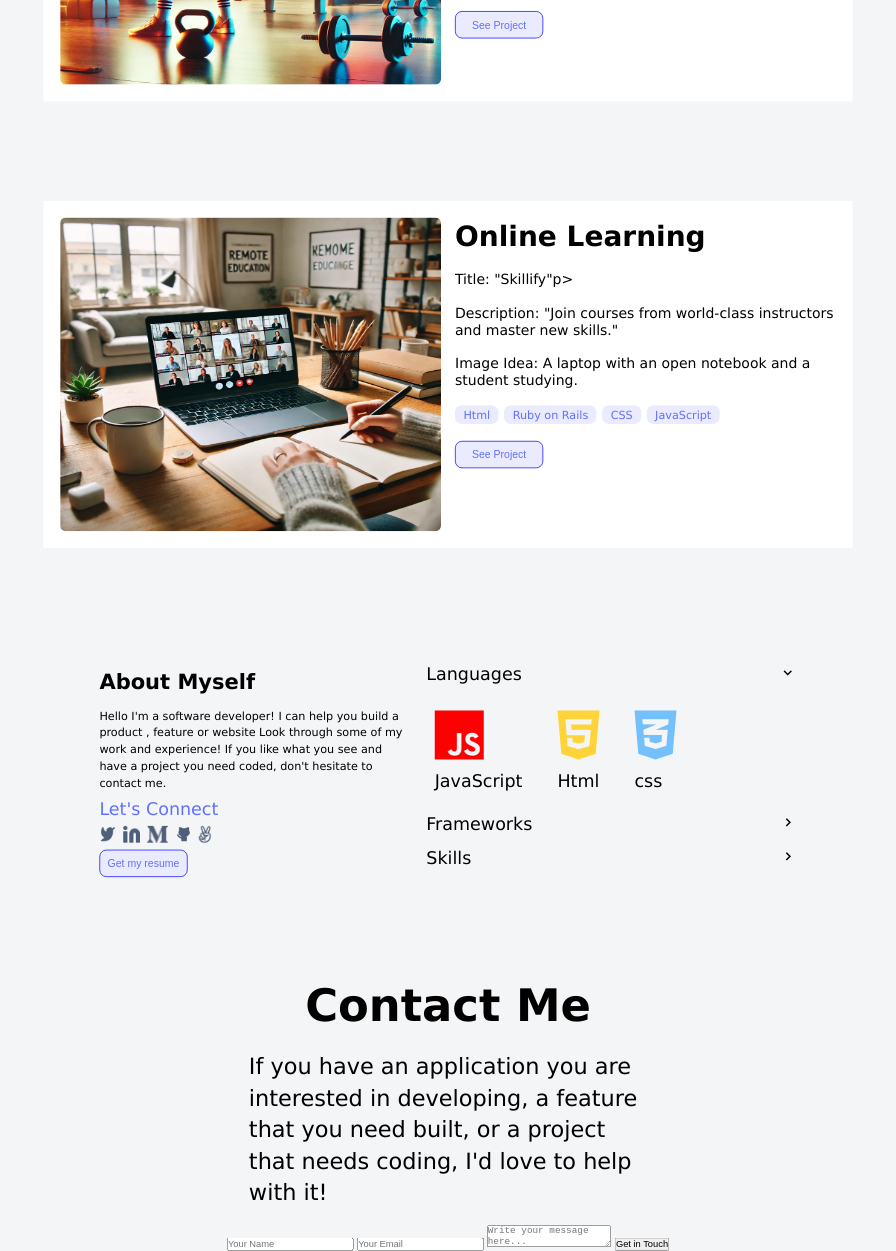
Repository: usman3123/portfolio-template-3
Page: portfolio.html
An editor plug-in stored every save of this project. The page is shown before and after the next save, followed by the edit.
The browser window is 1280 px wide. The pictures show the part of the page from y = 2497 to 4417 px (the page is 4284 px tall before and 4417 px after), at 70% of full size.
Some web libraries are served in a nearby version.

Above is the page before, as saved 2025-01-27 11:17:39.
Not found: index.js

### portfolio.html
<!DOCTYPE html>
<html lang="en">
<head>
  <meta charset="UTF-8">
  <meta name="viewport" content="width=device-width, initial-scale=1.0">
  <title>project 2</title>
  <link rel="stylesheet" href="style.css">
  <link href='https://unpkg.com/boxicons@2.1.4/css/boxicons.min.css' rel='stylesheet'>
  <link rel="stylesheet" href="https://cdnjs.cloudflare.com/ajax/libs/font-awesome/6.6.0/css/all.min.css" integrity="sha512-Kc323vGBEqzTmouAECnVceyQqyqdsSiqLQISBL29aUW4U/M7pSPA/gEUZQqv1cwx4OnYxTxve5UMg5GT6L4JJg==" crossorigin="anonymous" referrerpolicy="no-referrer" />
  <link rel="stylesheet" href="https://cdnjs.cloudflare.com/ajax/libs/font-awesome/6.6.0/css/all.min.css" integrity="sha512-Kc323vGBEqzTmouAECnVceyQqyqdsSiqLQISBL29aUW4U/M7pSPA/gEUZQqv1cwx4OnYxTxve5UMg5GT6L4JJg==" crossorigin="anonymous" referrerpolicy="no-referrer" />

  <link rel="stylesheet" href="https://cdnjs.cloudflare.com/ajax/libs/font-awesome/6.7.2/css/all.min.css">
  <link rel="preconnect" href="https://fonts.googleapis.com">
<link rel="preconnect" href="https://fonts.gstatic.com" crossorigin>
<link href="https://fonts.googleapis.com/css2?family=Poppins:ital,wght@0,100;0,200;0,300;0,400;0,500;0,600;0,700;0,800;0,900;1,100;1,200;1,300;1,400;1,500;1,600;1,700;1,800;1,900&display=swap" rel="stylesheet">
</head>

<body>
<section class="webpage">
  <!-- Navbar -->

 <div class="hero-page">
  <div class="header-div">
    <nav class="nav-bar flex">
        <h4 class="nav-heading">My Logo</h4>
        <div class="nav-links flex">
            <a href="#myportfolio" class="link">Portfolo</a>
            <a href="myabout" class="link">About</a>
            <a href="mycontact" class="link" >Contact</a>
        </div>
        <i class="fa-solid fa-light fa-bars fa-xl " id="nav-icon"></i>
    </nav>
</div>

  <!-- Main Content -->
  <section id="myportfolio" class="hero-section flex">
    <div class="hero-content flex">
        <h1 class="hero-head"> I'm USMAN!
          Glad to see you.
      </h1>
      <p class="hero-p">
         I'm a software developer! I can help you build a product , feature or website Look through  some of my work and experience! If you like what you see and have a project you need coded, don’t hesitate to contact me.
      </p>
     <p class="let-connect"> LET'S CONNECT</p>

      <div class="icons flex">
          <img src="/assets/twitter.png" class="media-icon">
          <img src="assets/Linkedin.png" class="media-icon">
          <img src="assets/M.png" class="media-icon">
          <img src="assets/Github.png" class="media-icon">
          <img src="assets/V.png" class="media-icon">
      </div>
    </div>
  </section>

 </div>
  <!-- Cards Section -->

  <section class="cards flex">
    <div class="card flex">
      <img class="card-img" src="/assets/card-1img.webp" alt="CARD_!_IMG">
      <div class="card-content flex">
        <h2 class="card-head">Technology Blog</h2>
        <p class="content-p">Title: "Innovating the Future"</p>
        <p class="content-sp">Description: "Explore groundbreaking advancements in AI and robotics shaping tomorrow."</p>
        <p class="content-p">Image Idea: A futuristic image showing AI robots collaborating with humans.</p>
        <div class="languages flex">
          <p class="lang">Html</p>
          <p class="lang">CSS</p>
          <p class="lang">JavaScript</p>
        </div>
        <button class="content-btn">See Project</button>
      </div>
    </div>
    <div class="card flex">
      <img class="card-img" src="/assets/card-2img.webp" alt="CARD_!_IMG">
      <div class="card-content flex">
        <h2 id="photo-head">Photography Portfolio</h2>
        <p class="content-p">Title: "Lens Stories"<p>
        <p class="content-sp">Description: "A collection of awe-inspiring moments captured around the globe."</p>
        <p class="content-p">Image Idea: A scenic view of mountains or a person with a camera.
        </p>
        <div class="languages flex">
          <p class="lang">Html</p>
          <p class="lang">Ruby on Rails</p>
          <p class="lang">CSS</p>
          <p class="lang">JavaScript</p>
        </div>
        <button class="content-btn">See Project</button>
      </div>
    </div>
    <div class="card flex">
      <img class="card-img" src="/assets/card-3img.webp" alt="CARD_!_IMG">
      <div class="card-content flex">
        <h2 class="card-head">Fitness App</h2>
        <p class="content-p">Title: "MoveSmart"<p>
        <p class="content-sp">Description: "Your companion for tracking workouts and achieving fitness goals."</p>
        <p class="content-p">Image Idea: A person jogging with fitness metrics displayed.</p>
        <div class="languages flex">
          <p class="lang">Html</p>
          <p class="lang">Ruby on Rails</p>
          <p class="lang">CSS</p>
          <p class="lang">JavaScript</p>
        </div>
        <button class="content-btn">See Project</button>
      </div>
    </div>
    <div class="card flex">
      <img class="card-img" src="/assets/card-4img.webp" alt="CARD_!_IMG">
      <div class="card-content flex">
        <h2 class="card-head">Online Learning</h2>
        <p class="content-p">Title: "Skillify"p>
        <p class="content-sp">Description: "Join courses from world-class instructors and master new skills."</p>
        <p class="content-p">Image Idea: A laptop with an open notebook and a student studying.</p>
        <div class="languages flex">
          <p class="lang">Html</p>
          <p class="lang">Ruby on Rails</p>
          <p class="lang">CSS</p>
          <p class="lang">JavaScript</p>
        </div>
        <button class="content-btn">See Project</button>
      </div>
    </div>
  </section>


   <!-- ABOUT MYSELF -->

   <section id="myabout" class="about flex">

    <div class="about-intro flex">
      <h1 class="about-head">About Myself</h1>
      <p class="about-paragraph">Hello I'm a software developer! I can help you build a product , feature or website Look through some of my work and experience! If you like what you see and have a project you need coded, don't hesitate to contact me.</p>
        <p class="connect">Let's Connect</p>
        <div class="icons flex icon-gap">
          <img src="assets/twitter.png" class="twitter">
          <img src="assets/Linkedin.png" class="inimage">
          <img src="assets/M.png" class="mimage">
          <img src="assets/Github.png" class="tomimage">
          <img src="assets/V.png" class="protocol">
      </div>
      <button class="content-btn rsm-btn"> Get my resume</button>
    </div>

    <div class="about-skills flex">
      <div class="about-all flex">
        <p>Languages</p>
        <i class='bx bx-chevron-down'></i>
      </div>
      <div class="about-lang flex">
        <div class="about-lang-img flex">
          <i class="fa-brands fa-js sty-i" style="color: #ff0000;"></i>
          <p>JavaScript</p>
        </div>
        <div class="about-lang-img flex">
          <i class="fa-brands fa-html5 sty-i" style="color: #FFD43B;"></i>
          <p>Html</p>

        </div>
        <div class="about-lang-img flex">
          <i class="fa-brands fa-css3-alt sty-i" style="color: #74C0FC;"></i>
          <p>css</p>
        </div>
      </div>
      <div class="about-all flex">
        <p> Frameworks</p>
        <i class='bx bx-chevron-right'></i>
      </div>
      <div class="about-all flex">
        <p>Skills</p>
        <i class='bx bx-chevron-right'></i>
        </div>
        </div>
  </section>


  <!-- Contact section -->

    <section id="mycontact" class="contact-section flex">
    <h1 class="contact-heading">Contact Me</h1>
    <p class="contact-description">
        If you have an application you are interested in developing, a feature that you need built, or a project that needs coding, I'd love to help with it!
    </p>
    <form class="contact-form">
        <input class="form-input" type="text" placeholder="Your Name">
        <input class="form-input" type="email" placeholder="Your Email">
        <textarea class="form-message" placeholder="Write your message here..."></textarea>
        <button class="form-button">Get in Touch</button>
    </form>

</section>
</section>

<script src="index.js"></script>
</body>
</html>

### style.css
*{
    margin: 0;
    padding: 0;
    box-sizing: border-box;
}

body {
    font-family: Verdana, Geneva, Tahoma, sans-serif;
    background-color: #f4f5f7;
    justify-content: center;
    display: flex
;
}

.flex {
    display: flex;
}

/* nav-bar */

.header-div {
    background-color: #3c3a39;
    width: 100%;
}

.nav-bar {
    justify-content: space-between;
    color: white;
    max-width: 1204px;
    align-items: center;
    padding: 10px 24px;
}

.nav-heading {
    font-size: 30px;
    padding-left: 120px;
}

.nav-links {
    gap: 40px;
    align-items: center;
    font-size: 25px;
    display: none;
}
.nav-icon {
    display: flex;
    width: 24px;
}


/* hero-section */

.hero-page {
    background-color: white;
    border-bottom-left-radius: 190px;
    background-image: url(/assets/Header\ bg@2x.png);
    background-size: contain;
    max-height: 846px;
    background-position: center;
    background-repeat: no-repeat;
    max-width: 1440px;
}
.hero-section {
    height: 846px;
    align-items: center;
    justify-content: center;
    padding-left: 20%;
}
.hero-content {
    flex-direction: column;
    gap: 20px;
}
.hero-head {
    font-size: 48px;
    font-weight: 700;
    width: 35%;
}

.hero-p {
    font-size: 25px;
    line-height: 28px;
    color: #344563;

    width: 73%;
}

.let-connect {
    color: #1d32f7;
    font-size: 20px;
    font-weight: 500;
    line-height: 24px;
}

.media-icon {
    height: 35px;
}

.icons {
    gap: 10px;
}

.nav-head {
    max-width: 1440px;
    width: 100%;
}
.enable {
    color: blue;
}
.link {
    color: white;
    text-decoration: none;
}

/* card-section */

.cards {
    flex-direction: column;
    align-items: center;
    gap:142px;
    padding: 24px;
}
.card {
    background-color: white;
    max-width: 1156px;
    max-height: 496px;
    width: 100%;
    padding: 24px;
    gap: 20px;
}
.card-img {
    max-width: 544px;
    width: 50%;
    border-radius:8px ;
}

.card-content {
    flex-direction: column;
    gap: 24px;
}

.card-head {
    font-size: 40px;
    font-weight: 700;
    line-height: 52px;
}
#photo-content {
    font-size: 40px;
    font-weight: 700;
    line-height: 52px;
}
.content-p {
    font-size: 20px;
    font-weight: 400;
    line-height: 24px;
}
.content-sp {
    font-size: 20px;
    font-weight: 400;
    line-height: 24px;
}

.languages {
    gap: 8px;
    align-items: center;
}

.lang {
    padding: 4px 12px;
    color: #6070ff;
    background-color: #ebebff;
    border-radius: 10px;
}

.content-btn {
    max-width: 126px;
    width: 100%;
    padding: 4px 12px;
    color: #6070ff;
    background-color: #ebebff;
    border-radius: 10px;
    padding: 10px;
    border: 1px solid blue;
    font-size: 15px;
}

/* about-section */

.about {
    padding: 142px;
    gap: 20px;
}

.about-intro {
    flex-direction: column;
    max-width: 447px;
    max-height: 311px;
    gap: 10px;
}

.about-head {
    font-size: 30px;
    font-weight: 700;
    line-height: 52px;
}
.about-paragraph {
    font-size: 16px;
    line-height: 24px;
}
.connect {
    color: #6070ff;
    font-size: 25px;
}

.about-skills {
    max-width: 684px;
    flex-direction: column;
    width: 100%;
    gap: 20px;
}

.about-all {
    justify-content: space-between;
    font-size: 25px;
}
.about-lang {
    gap: 50px;
    padding: 12px;
}
.about-lang-img {
    flex-direction: column;
    gap: 12px;
}
.sty-i {
    font-size: 80px;
}
.about-lang-img > p {
    font-size: 25px;
}
.contact-section {
    flex-direction: column;
    align-items: center;
    gap: 24px;
}
.contact-heading {
    font-size: 4rem;
    font-weight: 700;
    line-height: 5.2rem;
}
.contact-description {
    max-width: 569px;
    font-size: 2rem;
    line-height: 2.8rem;
}
.contact-form {
    gap: 27px;
    flex-direction: column;
}








@media (max-width : 1100px) {
    .hero-head {
        width: 53%;
    }
    .card-head {
        font-size: 2rem;
    }
    #photo-head {
        font-size: 27px;
    }
    .content-p {
        font-size: 15px;
    }
    .content-sp {
        font-size: 15px;
        display: none;
    }
    .card-content {
        gap: 20px;
    }

}
@media (max-width :870px) {
    .card {
        flex-direction: column;
        max-height: 552px;
        padding: 16px;
    }
    .card {
        max-width: 327px;
    }
    .about {
        flex-direction: column;
    }

}
@media (max-width : 870px) {
    .hero-head {
        width: 100%;
    }
    .hero-section {
        padding: 24px;
    }
    .hero-p {
        width: 100%;
    }
    .card-img {
        width: 100%;
        height: 18vh;
    }
    .card-content {
        gap: 2px;
    }
}
@media (min-width : 700px) {
    .nav-links {
        display: flex;
    }
    #nav-icon {
        display: none;
    }

}
@media (min-width : 1441px) {
    .card-content {
        gap: 30px;
    }
}

After the next save:
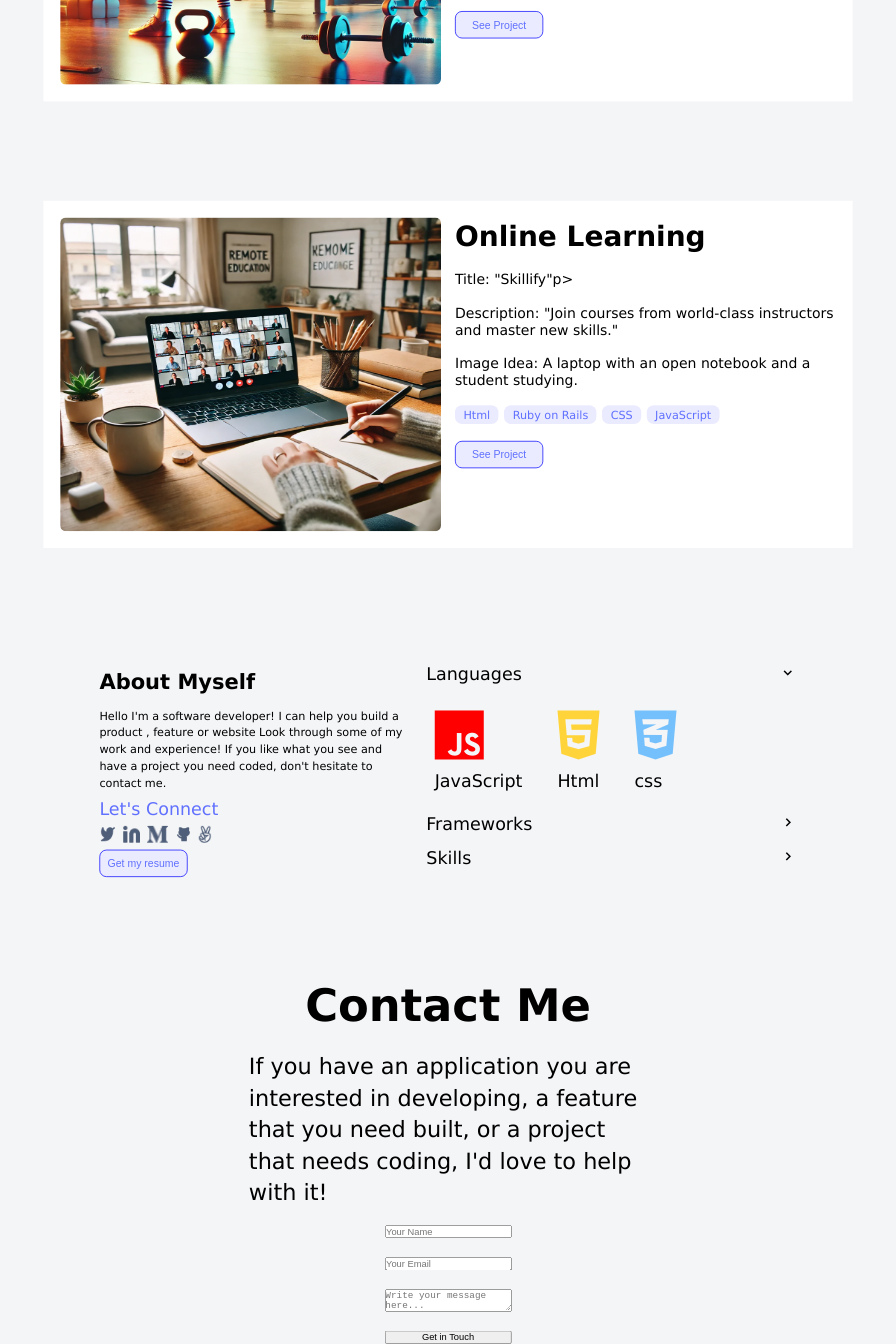
Saved 10 s later.
--- a/portfolio.html
+++ b/portfolio.html
@@ -181,7 +181,7 @@
     <p class="contact-description">
         If you have an application you are interested in developing, a feature that you need built, or a project that needs coding, I'd love to help with it!
     </p>
-    <form class="contact-form">
+    <form class="contact-form flex">
         <input class="form-input" type="text" placeholder="Your Name">
         <input class="form-input" type="email" placeholder="Your Email">
         <textarea class="form-message" placeholder="Write your message here..."></textarea>
